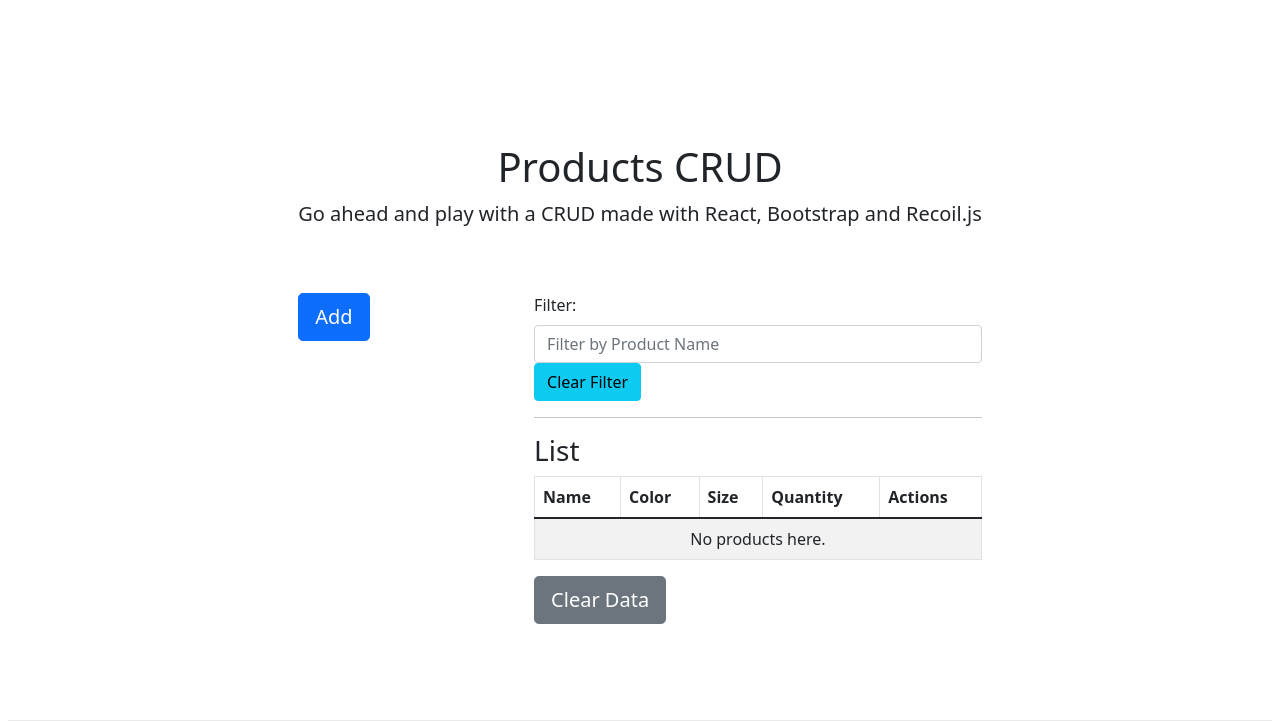
Repository: vperea95/crud-next
Page: /
The author's editor kept a copy of each file at every save. The page is drawn from the files as they stood at one save, then again after a run of saves.
The browser window is 1280 px wide. The pictures show the whole page.
The project was rebuilt for these pictures with package versions that can differ from the ones it lists, and the page was loaded fresh each time. The framework's server and built-in components were replaced by stand-ins that run in the browser. Also part of the build but not shown: next.config.js.

Above is the page before, as saved 2021-11-19 14:16:02.

### pages/index.js
import Head from 'next/head'
import Image from 'next/image'
import styles from '../styles/Home.module.css'
import App from './app'

export default function Home() {
  return (
    <div className={styles.container}>
      <Head>
        <title>Create Next App</title>
        <meta name="description" content="Generated by create next app" />
        <link rel="icon" href="/favicon.ico" />
      </Head>

      <main className={styles.main}>
        <App/>
      </main>

      <footer className={styles.footer}>

      </footer>
    </div>
  )
}

### pages/app.js
import React from "react";
import Container from "react-bootstrap/Container";
import { Row, Col } from "react-bootstrap";

import AddProduct from "../components/AddProduct";
import FilterProducts from "../components/FilterProducts";
import ListProducts from "../components/ListProducts";

function App() {
  return (
    <Container className="p-3">
      <div className="py-5 text-center">
        <h1>Products CRUD</h1>
        <p className="lead">
          Go ahead and play with a CRUD made with React, Bootstrap and Recoil.js
        </p>
      </div>
      <Row>
        <Col>
          <AddProduct />
        </Col>
        <Col className="col-8">
          <FilterProducts />
          <hr />
          <ListProducts />
        </Col>
      </Row>
    </Container>
  );
}

export default App;

### components/AddProduct.js
import React, { useState } from "react";
import { Button} from "react-bootstrap";


const AddProduct = () => {

  return (
      <Button variant="primary" size="lg">
        Add
      </Button>
  );
};

export default AddProduct;

### components/FilterProducts.js
import React from "react";
import { useRecoilState } from "recoil";

import { filterProductsValue } from "../store";
import { Form, Button } from "react-bootstrap";

const FilterProducts = () => {
  const [filterProductsState, filterProducts] = useRecoilState(
    filterProductsValue
  );

  const filter = (event) => {
    const { value } = event.target;
    filterProducts(value);
  };

  const clearFilter = () => filterProducts("");

  return (
    <Form>
      <Form.Group controlId="name">
        <Form.Label>Filter:</Form.Label>
        <Form.Control
          type="text"
          placeholder="Filter by Product Name"
          value={filterProductsState}
          onChange={(e) => filter(e)}
        />
      </Form.Group>

      <Button variant="info" onClick={() => clearFilter()}>
        Clear Filter
      </Button>
    </Form>
  );
};

export default FilterProducts;

### components/ListProducts.js
import React, { useState } from "react";
import { Table, Button } from "react-bootstrap";

import { useRecoilValue, useResetRecoilState } from "recoil";
import { filterProducts, filterProductsValue, products } from "../store";
import EditModal from "./modals//EditModal";
import DeleteModal from "./modals/DeleteModal";
import CreateModal from "./modals/AddProduct";

const ListProducts = () => {
  const productsState = useRecoilValue(filterProducts);
  const resetList = useResetRecoilState(products);
  const resetfilterProductsValue = useResetRecoilState(filterProductsValue);

  // Modals
  const [showCreate, setShowCreate] = useState(false);
  const [showEdit, setShowEdit] = useState(false);
  const [showDelete, setShowDelete] = useState(false);
  const [userId4Actions, setUserId4Actions] = useState(0);

  const handleCreateClose = () => setShowCreate(false);
  const handleCreateShow = () => setShowCreate(true);

  const handleEditClose = () => setShowEdit(false);
  const handleEditShow = () => setShowEdit(true);

  const handleDeleteClose = () => setShowDelete(false);
  const handleDeleteShow = () => setShowDelete(true);

  const resetAtoms = () => {
    resetList();
    resetfilterProductsValue();
  };

  const editProduct = (id) => {
    handleEditShow();
    setUserId4Actions(id);
  };

  const deleteProduct = (id) => {
    handleDeleteShow();
    setUserId4Actions(id);
  };

  return (
    <>
      <h3>List</h3>

      <Table striped bordered hover responsive>
        <thead>
          <tr>
            <th>Name</th>
            <th>Color</th>
            <th>Size</th>
            <th>Quantity</th>
            <th>Actions</th>
          </tr>
        </thead>
        <tbody>
          {!productsState.length ? (
            <tr>
              <td colSpan="5" style={{ textAlign: "center" }}>
                No products here.
              </td>
            </tr>
          ) : (
            productsState.map((item, index) => (
              <tr key={item.id}>
                <td>{item.name}</td>
                <td>{item.color}</td>
                <td>{item.size}</td>
                <td>{item.quantity}</td>
                <td colSpan="2">
                  <Button
                    variant="secondary"
                    onClick={() => editProduct(item.id)}
                  >
                    Edit
                  </Button>{" "}
                  {" | "}
                  <Button
                    variant="danger"
                    onClick={() => deleteProduct(item.id)}
                  >
                    Delete
                  </Button>
                </td>
              </tr>
            ))
          )}
        </tbody>
      </Table>

      <Button variant="secondary" size="lg" onClick={() => resetAtoms()}>
        Clear Data
      </Button>

      <EditModal
        show={showEdit}
        id={userId4Actions}
        handleClose={handleEditClose}
      />
      {/* <CreateModal
        show={showCreate}
        id={userId4Actions}
        handleClose={handleCreateClose}
      /> */}

      <DeleteModal
        show={showDelete}
        id={userId4Actions}
        handleClose={handleDeleteClose}
      />
    </>
  );
};

export default ListProducts;

### store/index.js
export { products, filterProductsValue } from "./atom";
export { filterProducts } from "./selector";

### components/modals/EditModal.js
import React, { useState } from "react";
import { Button, Form, Modal } from "react-bootstrap";
import { useRecoilState } from "recoil";
import { products } from "../../store";

const EditModal = (props) => {
  const { show, id, handleClose } = props;

  const [productList, setProductList] = useRecoilState(products);
  const product = productList.length
    ? productList.find((item) => item.id === id)
    : null;
  const index = productList.findIndex((item) => item === product);

  const [name, setName] = useState("");
  const [color, setColor] = useState("");
  const [size, setSize] = useState(0.0);
  const [quantity, setQuantity] = useState(0);

  const onChangeName = (e) => {
    setName(e.target.value);
  };

  const onChangeColor = (e) => {
    setColor(e.target.value);
  };

  const onChangeSize = (e) => {
    setSize(e.target.value);
  };

  const onChangeQuantity = (e) => {
    setQuantity(e.target.value);
  };

  const updateProduct = () => {
    const newList = replaceProduct(productList, index, {
      ...product,
      name: name,
      color: color,
      size: size,
      quantity: quantity,
    });

    setProductList(newList);
    handleClose();
  };

  return (
    <>
      {product ? (
        <Modal show={show} onHide={handleClose}>
          <Modal.Header closeButton>
            <Modal.Title>Edit the Product</Modal.Title>
          </Modal.Header>
          <Modal.Body>
            <Form>
              <Form.Group controlId="name">
                <Form.Label>Name</Form.Label>
                <Form.Control
                  type="text"
                  placeholder="Enter the Product Name"
                  defaultValue={product.name}
                  onChange={(e) => onChangeName(e)}
                />
              </Form.Group>

              <Form.Group controlId="color">
                <Form.Label>Color</Form.Label>
                <Form.Control
                  type="text"
                  placeholder="Enter the Product Color"
                  defaultValue={product.color}
                  onChange={(e) => onChangeColor(e)}
                />
              </Form.Group>

              <Form.Group controlId="size">
                <Form.Label>Size</Form.Label>
                <Form.Control
                  type="number"
                  placeholder="Enter the Product Size"
                  defaultValue={product.size}
                  onChange={(e) => onChangeSize(e)}
                />
              </Form.Group>

              <Form.Group controlId="quantity">
                <Form.Label>Quantity</Form.Label>
                <Form.Control
                  type="number"
                  placeholder="Enter the Product Quantity"
                  defaultValue={product.quantity}
                  onChange={(e) => onChangeQuantity(e)}
                />
              </Form.Group>
            </Form>
          </Modal.Body>
          <Modal.Footer>
            <Button variant="secondary" onClick={() => handleClose()}>
              Close
            </Button>
            <Button variant="primary" onClick={() => updateProduct()}>
              Save Changes
            </Button>
          </Modal.Footer>
        </Modal>
      ) : (
        ""
      )}
    </>
  );
};

function replaceProduct(products, i, newVal) {
  return [...products.slice(0, i), newVal, ...products.slice(i + 1)];
}

export default EditModal;

### components/modals/DeleteModal.js
import React from "react";
import { Button, Modal } from "react-bootstrap";
import { useRecoilState } from "recoil";

import { products } from "../../store";

const DeleteModal = (props) => {
  const { show, id, handleClose } = props;


  const [productList, setProductList] = useRecoilState(products);
  const product = productList.length
    ? productList.find((item) => item.id === id)
    : null;
  const index = productList.findIndex((item) => item === product);

  const deleteProduct = () => {
    setProductList(removeProduct(productList, index));
    handleClose();
  };

  return (
    <>
      {product ? (
        <Modal show={show} onHide={handleClose}>
          <Modal.Header closeButton>
            <Modal.Title>Delete the Product</Modal.Title>
          </Modal.Header>
          <Modal.Body>Are you sure?</Modal.Body>
          <Modal.Footer>
            <Button variant="secondary" onClick={() => handleClose()}>
              Close
            </Button>
            <Button variant="primary" onClick={() => deleteProduct()}>
              Yes, Do it.
            </Button>
          </Modal.Footer>
        </Modal>
      ) : (
        ""
      )}
    </>
  );
};

function removeProduct(products, i) {
  return [...products.slice(0, i), ...products.slice(i + 1)];
}

export default DeleteModal;

### store/atom.js
import { atom } from "recoil";

export const products = atom({
  key: "products",
  default: [],
});

export const filterProductsValue = atom({
  key: "filterProductsValue",
  default: "",
});

### store/selector.js
import { selector } from "recoil";
import { products, filterProductsValue } from ".";

export const filterProducts = selector({
  key: "filterProducts",
  get: ({ get }) => {
    const productsState = get(products);
    const filterProductsValueState = get(filterProductsValue);

    if (filterProductsValueState.length) {
      return productsState.filter(
        (item) => item.name.includes(filterProductsValueState.trim()) && item
      );
    }
    return products;
  },
});

### components/modals/AddProduct.js
import React, { useState } from "react";
import { Button, Form } from "react-bootstrap";

import { useSetRecoilState } from "recoil";
import { v4 as uuid4 } from "uuid";
import { products } from "../../store";


const AddProduct = () => {
  const [name, setName] = useState("");
  const [color, setColor] = useState("");
  const [size, setSize] = useState(0.0);
  const [quantity, setQuantity] = useState(0);
  const setProducts = useSetRecoilState(products);

  const onChangeName = (e) => {
    setName(e.target.value);
  };

  const onChangeColor = (e) => {
    setColor(e.target.value);
  };

  const onChangeSize = (e) => {
    setSize(e.target.value);
  };

  const onChangeQuantity = (e) => {
    setQuantity(e.target.value);
  };

  const addProduct = () => {
    setProducts((oldList) => [
      ...oldList,
      {
        id: uuid4(),
        name: name,
        color: color,
        size: size,
        quantity: quantity,
      },
    ]);

    resetForm();
  };

  const resetForm = () => {
    setName("");
    setColor("");
    setSize(0.0);
    setQuantity(0);
  };

  return (
    <Form>
      <Form.Group controlId="name">
        <Form.Label>Name:</Form.Label>
        <Form.Control
          type="text"
          value={name}
          placeholder="Enter the Product Name"
          onChange={(e) => onChangeName(e)}
        />
      </Form.Group>

      <Form.Group controlId="color">
        <Form.Label>Color:</Form.Label>
        <Form.Control
          type="text"
          value={color}
          placeholder="Enter the Product Color"
          onChange={(e) => onChangeColor(e)}
        />
      </Form.Group>

      <Form.Group controlId="size">
        <Form.Label>Size:</Form.Label>
        <Form.Control
          type="number"
          value={size}
          placeholder="Enter the Product Size"
          onChange={(e) => onChangeSize(e)}
        />
      </Form.Group>

      <Form.Group controlId="quantity">
        <Form.Label>Quantity:</Form.Label>
        <Form.Control
          type="number"
          value={quantity}
          placeholder="Enter the Product Quantity"
          onChange={(e) => onChangeQuantity(e)}
        />
      </Form.Group>

      <Button variant="primary" size="lg" onClick={() => addProduct()}>
        Add
      </Button>
    </Form>
  );
};

export default AddProduct;

// function replaceProduct(products, i, newVal) {
//   return [...products.slice(0, i), newVal, ...products.slice(i + 1)];
// }

Loaded but not shown: pages/_app.js (common file); styles/globals.css (common file); styles/Home.module.css (common file)

After the next 3 saves:
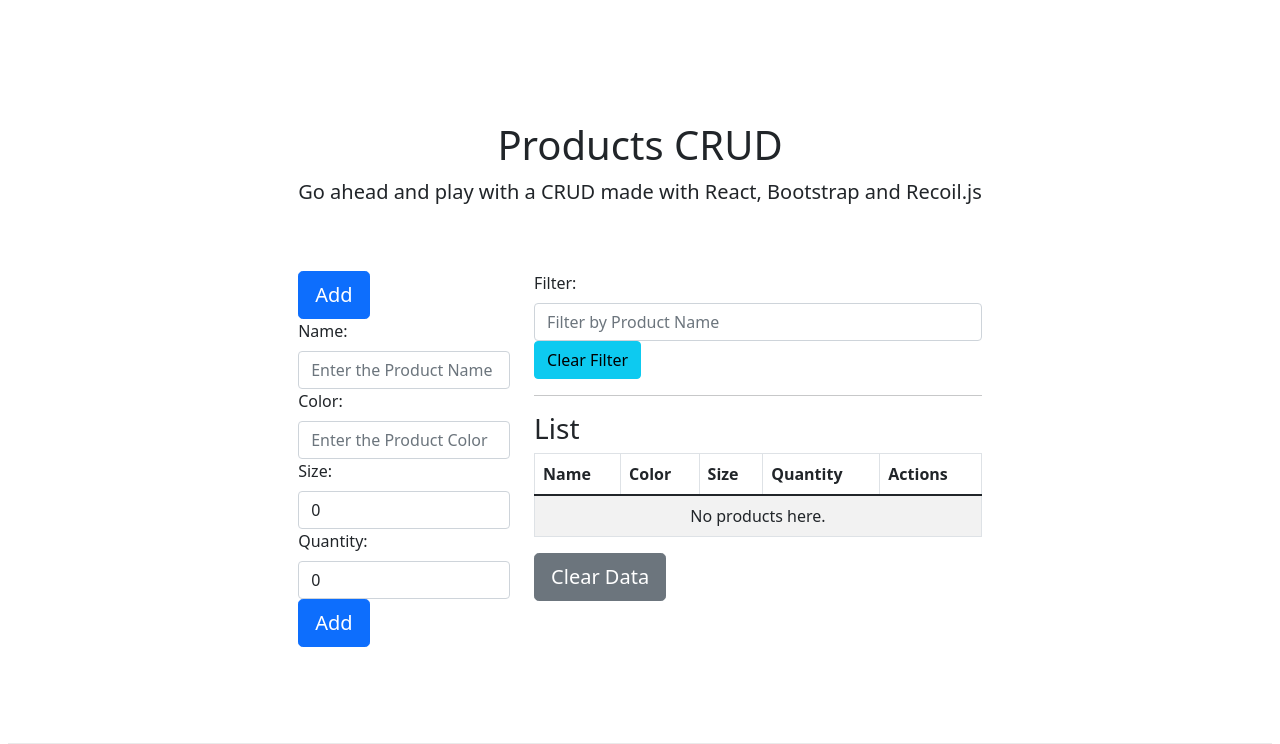
The 3 saves are shown as one change because 2 did not build or start.
The last was saved 6 min 3 s later.
--- a/components/AddProduct.js
+++ b/components/AddProduct.js
@@ -1,13 +1,26 @@
 import React, { useState } from "react";
 import { Button} from "react-bootstrap";
+import CreateModal from "./modals/AddProduct";
 
 
 const AddProduct = () => {
+  const [showCreate, setShowCreate] = useState(false);
+  const handleCreateClose = () => setShowCreate(false);
+  const handleCreateShow = () => setShowCreate(true);
+  const CreateProduct = () => {
+    handleCreateShow();
+  };
+  return (
+    <>
+        <Button variant="primary" size="lg" onClick={() => CreateProduct()}>
+          Add
+        </Button>
 
-  return (
-      <Button variant="primary" size="lg">
-        Add
-      </Button>
+        <CreateModal
+          show={showCreate}
+          handleClose={handleCreateClose}
+        />
+    </>
   );
 };
 
